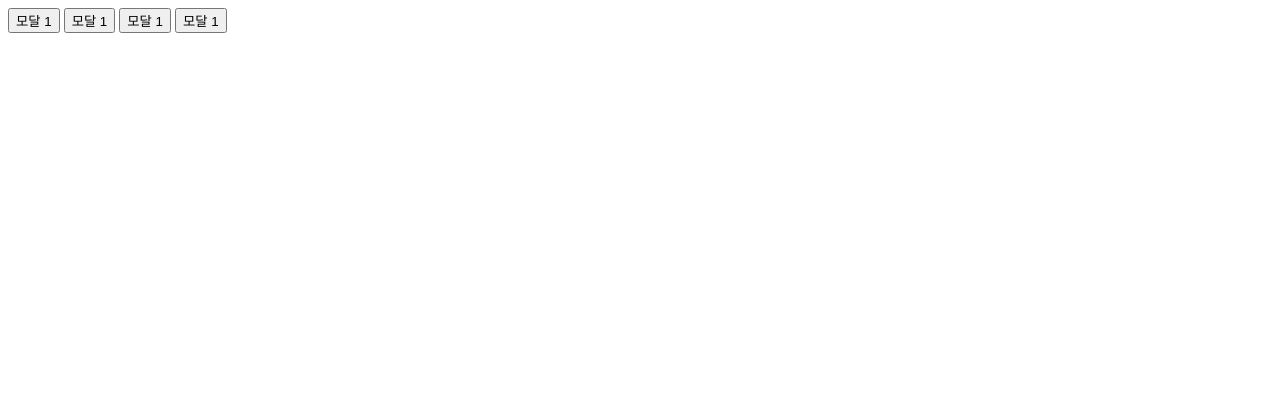
Repository: leetaehyeon123/SpringBaseSources
Page: http://localhost/modal/
The author's editor kept a copy of each file at every save. The page is drawn from the files as they stood at one save, then again after the next save.
The browser window is 1280 px wide. The pictures show the whole page.
The page is served by Tomcat 9.

Above is the page before, as saved 2020-09-01 02:44:30.

After the next save:
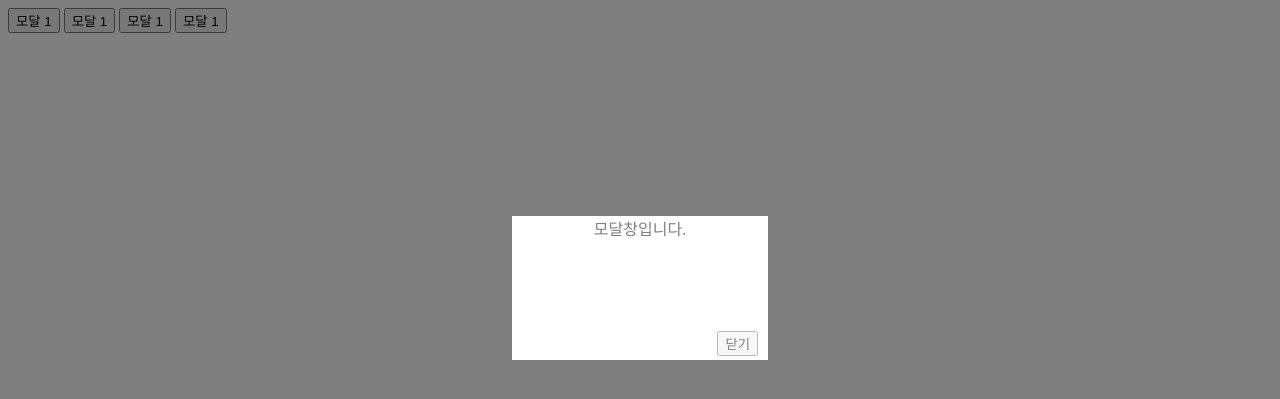
Saved 19 s later.
--- a/모달창 소스코드/modal/modal/src/main/webapp/WEB-INF/views/modal.jsp
+++ b/모달창 소스코드/modal/modal/src/main/webapp/WEB-INF/views/modal.jsp
@@ -27,7 +27,7 @@
 
 
 
-	<div class="modal1,modal"  style="width: 100% ; height: 100vh ; background-color: black; position: fixed; left: 0px; top:0px; opacity: 0.5; display: none; ">
+	<div class="modal1,modal"  style="width: 100% ; height: 100vh ; background-color: black; position: fixed; left: 0px; top:0px; opacity: 0.5; display: block; ">
 		<div class="modal1Div" style="width: 20%; height: 20vh; background-color: white; margin: 30vh auto; ">
 				<div	 style="height: 80%; width: 100%; text-align: center;">
 							<p>모달창입니다.</p>

After the save that followed:
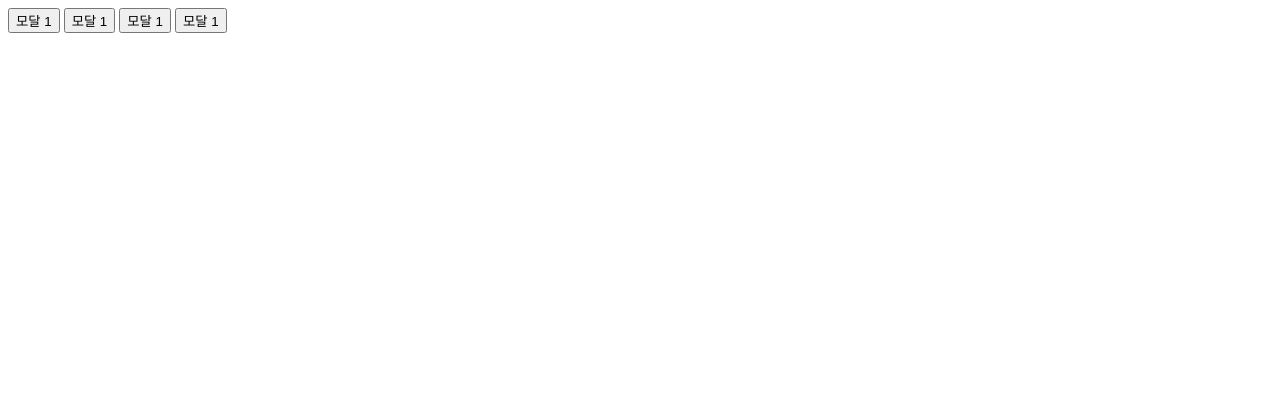
Saved 6 s later.
--- a/모달창 소스코드/modal/modal/src/main/webapp/WEB-INF/views/modal.jsp
+++ b/모달창 소스코드/modal/modal/src/main/webapp/WEB-INF/views/modal.jsp
@@ -27,7 +27,7 @@
 
 
 
-	<div class="modal1,modal"  style="width: 100% ; height: 100vh ; background-color: black; position: fixed; left: 0px; top:0px; opacity: 0.5; display: block; ">
+	<div class="modal1,modal"  style="width: 100% ; height: 100vh ; background-color: black; position: fixed; left: 0px; top:0px; opacity: 0.5; display: none; ">
 		<div class="modal1Div" style="width: 20%; height: 20vh; background-color: white; margin: 30vh auto; ">
 				<div	 style="height: 80%; width: 100%; text-align: center;">
 							<p>모달창입니다.</p>
